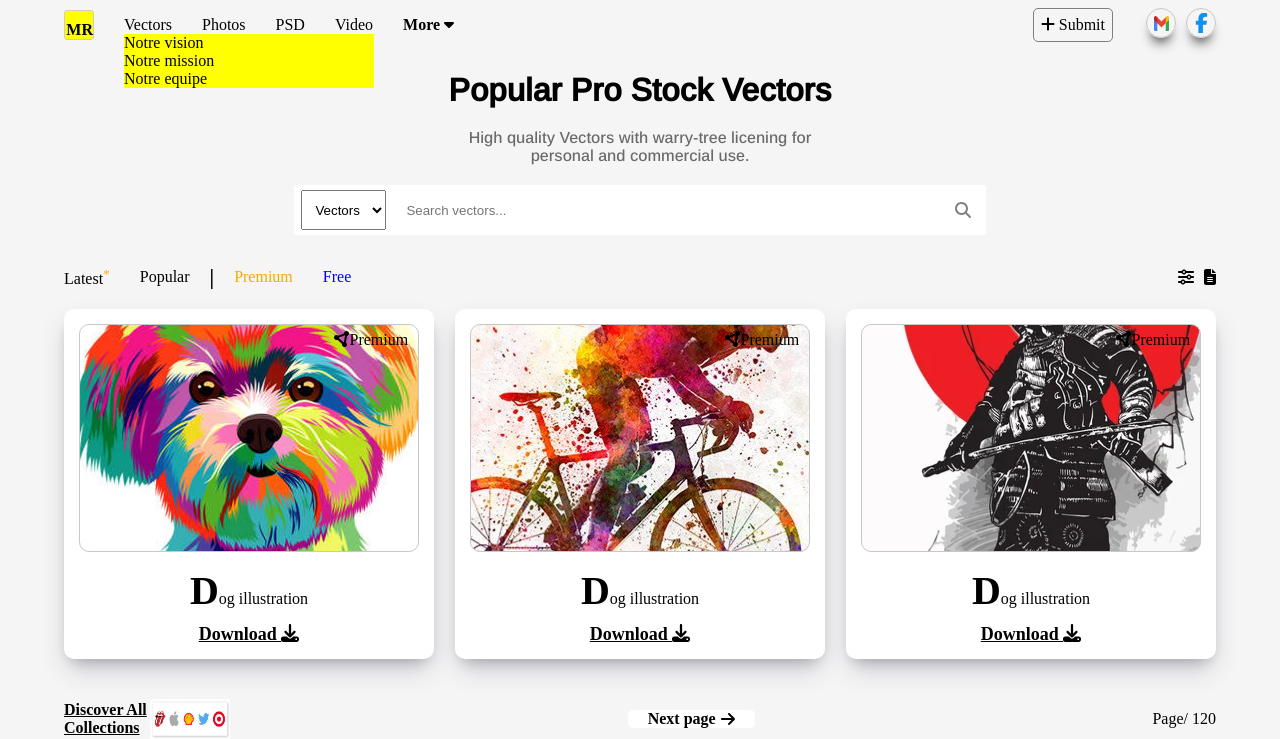
Repository: kegbaDev/VectorTemplate
Page: /
These files come from the project's save history. The page is drawn as it stood at one moment and after a run of saves; the edit follows.
The browser window is 1280 px wide. The pictures show the whole page.
The project was rebuilt for these pictures with package versions that can differ from the ones it lists, and the page was loaded fresh each time. Also part of the build but not shown: vite.config.js.

Above is the page before, as saved 2023-04-14 01:50:00.

### index.html
<!DOCTYPE html>
<html lang="en">
  <head>
    <meta charset="UTF-8" />
    <link rel="icon" href="/favicon.ico" />
    <meta name="viewport" content="width=device-width, initial-scale=1.0" />
    <title>Vite App</title>
  </head>
  <body style="background-color: rgb(245, 245, 245)">
    <div id="app"></div>
    <script type="module" src="/src/main.js"></script>
  </body>
</html>

### src/main.js
import { createApp } from 'vue'
import App from './App.vue'

// fontawesome importation
import '@fortawesome/fontawesome-free/css/all.css'
import '@fortawesome/fontawesome-free/js/all.js'

createApp(App).mount('#app')

### src/App.vue
<template>
<div class="wrapper">
  <div class="navbar">
    <div class="left bounce">
      <div class="logo">MR</div>
      <ul>
        <li>
          Vectors
          <div class="sous_menu">
            <ul class="liens">
              <li class="lien">Notre vision</li>
              <li class="lien">Notre mission</li>
              <li class="lien">Notre equipe</li>
            </ul>
          </div>
        </li>
        <li>Photos</li>
        <li>PSD</li>
        <li>Video</li>
        <li><span class="more" >More</span><i class="fa-solid fa-caret-down"></i></li>
      </ul>
    </div>
    <div class="right">
      <div class="submit">
        <i class="fa-solid fa-plus"></i>
        Submit
      </div>
      <div class="logo_collection">
        <div class="logo_card">
          <img src="./assets/gmail-logo-16.png" alt="google-icon" width="15px" height="15px">
        </div>
        <div class="logo_card">
          <i class="fa-brands fa-facebook-f" style="color: #1191ee; width: 25px;height: 20px;"></i>
        </div>
      </div>
    </div>
  </div>


  <!-- Second component -->


  <div class="text_section">
    <h1 class="title slideInUp">Popular Pro Stock Vectors</h1>
    <p class="paragraph slideInUp">
      High quality Vectors with warry-tree licening for <br>
      personal and commercial use.
    </p>
    <div class="input_card slideInRight">
      <select name="" id="">
        <option value="value1">Vectors</option>
        <option value="value2">Vectors</option>
      </select>
      <input type="text" placeholder="Search vectors... ">
      <i class="fa-solid fa-magnifying-glass" style="color: grey; margin-right: 15px;"></i>
    </div>
  </div>

  <!-- Third component -->

  <div class="row">
    <div class="left-row">
      <ul>
        <li>Latest<sup style="color:orange">*</sup></li>
        <li>Popular</li>
      </ul>
      <span class="pipe">
        |
      </span>
      <ul>
        <li style="color:orange">Premium</li>
        <li style="color:blue">Free</li>
      </ul>
    </div>
    <div class="right-row">
      <i class="fa-solid fa-sliders"></i>
      <i class="fa-solid fa-file-lines"></i>
    </div>
  </div>

  <!-- Fourth component  -->

  <div class="card_content slideInUp">
    <div class="main_card">
      <div class="image_and_text_space">
        <i class="fa-solid fa-circle-nodes"></i>Premium
      </div>
      <p style="margin-bottom: 10px;"><span style="text-transform: uppercase; font-weight: bolder; font-size: 40px;">D</span>og illustration</p>
      <p class="download">Download <i class="fa-solid fa-download"></i></p>
    </div>
    <div class="main_card">
      <div class="image_and_text_space2">
        <i class="fa-solid fa-circle-nodes"></i>Premium
      </div>
      <p style="margin-bottom: 10px;"><span style="text-transform: uppercase; font-weight: bolder; font-size: 40px;">D</span>og illustration</p>
      <p class="download">Download <i class="fa-solid fa-download"></i></p>
    </div>
    <div class="main_card">
      <div class="image_and_text_space3">
        <!-- <img src="./assets/154416(1).svg" width="209px" height="300px" alt=""> -->
        <i class="fa-solid fa-circle-nodes"></i>Premium
      </div>
      <p style="margin-bottom: 10px;"><span style="text-transform: uppercase; font-weight: bolder; font-size: 40px;">D</span>og illustration</p>
      <p class="download">Download <i class="fa-solid fa-download"></i></p>
    </div>
    <!-- <div class="main_card">
      <div class="image_and_text_space">
        Premium
      </div>
      <p>Dog illustration</p>
      <p class="download">Download<i class="fa-solid fa-download"></i></p>
    </div>
    <div class="main_card">
      <div class="image_and_text_space">
        Premium
      </div>
      <p>Dog illustration</p>
      <p class="download">Download<i class="fa-solid fa-download"></i></p>
    </div> -->
  </div>

  <!-- Last component -->
  <div class="last_row">
    <div class="start">
      <div class="part">
        Discover All <br>
        Collections
      </div>
      <img src="./assets/imagesfinal.jpg" alt="" style="width: 80px; height: 40px;">
    </div>
    <div class="between">
      Next page <i class="fa-solid fa-arrow-right"></i>
    </div>
    <div class="end">
      Page/ 120
    </div>
  </div>
</div>




</template>

<script setup>

</script>


<style scoped>
@import url('https://fonts.googleapis.com/css2?family=Arimo:wght@500&display=swap');
.wrapper{
  height: 100vh;
  width: 90vw;
  margin:auto;
}
*{
  padding: 0px;
  margin: 0px;
  box-sizing: border-box;
  /* font-family: 'Arimo', sans-serif; */
}
.left{
  display: flex;
  align-items: center;
}

ul{
  list-style: none;
  display: flex;
  gap: 30px;
  margin-left: 30px;
}
ul li{
  cursor: pointer;
}
.more{
  font-weight: bolder;
  padding-right: 4px;
}
.logo{
  width: 30px;
  height: 30px;
  border: 1px solid rgb(214, 201, 201);
  background-color: yellow;
  font-weight: bolder;
  display: flex;
  justify-content: end;
  align-items: end;
  border-radius: 3px;
  cursor: pointer;
}
.navbar{
  display: flex;
  justify-content: space-between;
}
.right{
  display: flex;
  gap: 3px;
}
.submit{
  border: 1px solid gray;
  padding: 7px;
  margin-right: 30px;
  border-radius: 5px;
  background-color: rgba(234, 233, 233, 0.03);
  cursor: pointer;
  transition: all 400ms ease-in-out;
}
.submit:hover{
  background-color: yellow;
  /* font-weight: bolder; */
  scale: 1.1;
}
.logo_collection{
  display: flex;
  gap: 10px;
}
.logo_card{
  width: 30px;
  height: 30px;
  border: 1px solid black;
  display: flex;
  align-items: center;
  justify-content: center;
  border-radius: 50%;
  border-color: rgb(202, 198, 198);
  -webkit-box-shadow: 0px 10px 13px -7px #000000, -2px -2px 15px 6px rgba(26,17,18,0);
  box-shadow: 0px 10px 13px -7px #000000, -2px -2px 15px 6px rgba(26,17,18,0);
  cursor: pointer;transition: all 300ms ease-in-out;

}
.logo_card:hover{
  -webkit-box-shadow: 0px 10px 13px -7px #000000, -2px -2px 15px 6px rgba(26,17,18,0);
  box-shadow: 0px 10px 13px -7px #000000, -2px -2px 15px 6px rgba(26,17,18,0);
  scale: 1.2;

}

              /* Menu deroulant */
.sous_menu .liens{
  position: absolute;
  display: block;
  background-color: yellow;
  width: 250px;
  margin-left: 0px;
}

              /* Menu deroulant */

/* Second composant */

.text_section{
  margin: 30px auto;
  text-align: center;
}
.title{
  font-family: 'Arimo', sans-serif;
  margin-bottom: 20px;
}
.paragraph{
  font-family: 'Arimo', sans-serif;
  margin-bottom: 20px;
  color: rgb(107, 106, 106);
}
.input_card{
  width: 60%;
  height: 50px;
  background-color: white;
  margin: auto;
  display: flex;
  align-items: center;
  border-radius: 2px;
}
input{
  width: 100%;
  padding-left: 20px;
  border: none;
}
input, select{
  height: 40px;
}
select{
  padding: 9px;
  margin-left: 7px;
}

/* Third component */
.row{
  display: flex;
  justify-content: space-between;
  margin-bottom: 20px;
}
.left-row ul{
  margin: 0px;
  padding: 0px;
  display: flex;
  align-items: center;
}
.left-row, .right-row{
  display: flex;
  align-items: center;
}
.pipe{
  margin: 0px 20px;
}

.pipe{
  font-weight: bolder;
  font-size: 1.3em;
}
.right-row{
  gap: 10px;
}

/* Fourth component */

.card_content{
  display: flex;
  justify-content: space-between;
}
.main_card{
  min-width: 370px;
  min-height: 350px;
  /* border: 1px solid black; */
  border-radius: 10px;
  background-color: white;
  box-shadow: rgba(50, 50, 93, 0.25) 0px 13px 27px -5px, rgba(0, 0, 0, 0.3) 0px 8px 16px -8px;
  padding-bottom: 25px;
  cursor: pointer;
  transition: all 400ms ease-in-out;
}
.main_card:hover{
  scale: 1.02;
}
.main_card p{
  text-align: center;
}
.download{
  font-weight: bolder;
  text-decoration: underline;
  font-size: large;
}
.image_and_text_space{
  padding-top: 6px;
  padding-right: 10px;
  text-align: end;
  height: 70%;
  width: 92%;
  border: 1px solid rgb(201, 199, 199);
  border-radius: 10px;
  margin: 15px auto;
  background-image: url(./assets/chien_color.jpg);
  background-repeat: no-repeat;
  background-position: center;
}
.image_and_text_space2{
  background-image: url(./assets/velo.jpg) !important;
  padding-top: 6px;
  padding-right: 10px;
  text-align: end;
  height: 70%;
  width: 92%;
  border: 1px solid rgb(201, 199, 199);
  border-radius: 10px;
  margin: 15px auto;
  background-repeat: no-repeat;
  background-position: center;
}
.image_and_text_space3{
  background-image: url(./assets/sa.webp) !important;
  padding-top: 6px;
  padding-right: 10px;
  text-align: end;
  height: 70%;
  width: 92%;
  border: 1px solid rgb(201, 199, 199);
  border-radius: 10px;
  margin: 15px auto;
  background-repeat: no-repeat;
  /* object-fit: contain; */
  background-position: center;
}

/* Animation */

.bounce {
  -webkit-animation-name: bounce;
  animation-name: bounce;
  -webkit-transform-origin: center bottom;
  -ms-transform-origin: center bottom;
  transform-origin: center bottom;
  -webkit-animation-duration: 1s;
  animation-duration: 1s;
  -webkit-animation-fill-mode: both;
  animation-fill-mode: both;
  }
  @-webkit-keyframes bounce {
  0%, 20%, 53%, 80%, 100% {
  -webkit-transition-timing-function: cubic-bezier(0.215, 0.610, 0.355, 1.000);
  transition-timing-function: cubic-bezier(0.215, 0.610, 0.355, 1.000);
  -webkit-transform: translate3d(0,0,0);
  transform: translate3d(0,0,0);
  }
  40%, 43% {
  -webkit-transition-timing-function: cubic-bezier(0.755, 0.050, 0.855, 0.060);
  transition-timing-function: cubic-bezier(0.755, 0.050, 0.855, 0.060);
  -webkit-transform: translate3d(0, -30px, 0);
  transform: translate3d(0, -30px, 0);
  }
  70% {
  -webkit-transition-timing-function: cubic-bezier(0.755, 0.050, 0.855, 0.060);
  transition-timing-function: cubic-bezier(0.755, 0.050, 0.855, 0.060);
  -webkit-transform: translate3d(0, -15px, 0);
  transform: translate3d(0, -15px, 0);
  }
  90% {
  -webkit-transform: translate3d(0,-4px,0);
  transform: translate3d(0,-4px,0);
  }
  }

  @keyframes bounce {
  0%, 20%, 53%, 80%, 100% {
  -webkit-transition-timing-function: cubic-bezier(0.215, 0.610, 0.355, 1.000);
  transition-timing-function: cubic-bezier(0.215, 0.610, 0.355, 1.000);
  -webkit-transform: translate3d(0,0,0);
  transform: translate3d(0,0,0);
  }
  40%, 43% {
  -webkit-transition-timing-function: cubic-bezier(0.755, 0.050, 0.855, 0.060);
  transition-timing-function: cubic-bezier(0.755, 0.050, 0.855, 0.060);
  -webkit-transform: translate3d(0, -30px, 0);
  transform: translate3d(0, -30px, 0);
  }
  70% {
  -webkit-transition-timing-function: cubic-bezier(0.755, 0.050, 0.855, 0.060);
  transition-timing-function: cubic-bezier(0.755, 0.050, 0.855, 0.060);
  -webkit-transform: translate3d(0, -15px, 0);
  transform: translate3d(0, -15px, 0);
  }
  90% { -webkit-transform: translate3d(0,-4px,0); transform: translate3d(0,-4px,0);
  }
}
.slideInUp {
  -webkit-animation-name: slideInUp;
  animation-name: slideInUp;
  -webkit-animation-duration: 1s;
  animation-duration: 1s;
  -webkit-animation-fill-mode: both;
  animation-fill-mode: both;
  }
  @-webkit-keyframes slideInUp {
  0% {
  -webkit-transform: translateY(100%);
  transform: translateY(100%);
  visibility: visible;
  }
  100% {
  -webkit-transform: translateY(0);
  transform: translateY(0);
  }
  }
  @keyframes slideInUp {
  0% {
  -webkit-transform: translateY(100%);
  transform: translateY(100%);
  visibility: visible;
  }
  100% {
  -webkit-transform: translateY(0);
  transform: translateY(0);
  }
}

.slideInRight {
  -webkit-animation-name: slideInRight;
  animation-name: slideInRight;
  -webkit-animation-duration: 1s;
  animation-duration: 1s;
  -webkit-animation-fill-mode: both;
  animation-fill-mode: both;
  }
  @-webkit-keyframes slideInRight {
  0% {
  -webkit-transform: translateX(100%);
  transform: translateX(100%);
  visibility: visible;
  }
  100% {
  -webkit-transform: translateX(0);
  transform: translateX(0);
  }
  }
  @keyframes slideInRight {
  0% {
  -webkit-transform: translateX(100%);
  transform: translateX(100%);
  visibility: visible;
  }
  100% {
  -webkit-transform: translateX(0);
  transform: translateX(0);
  }
  }

.slideInUp {
  -webkit-animation-name: slideInUp;
  animation-name: slideInUp;
  -webkit-animation-duration: 1s;
  animation-duration: 1s;
  -webkit-animation-fill-mode: both;
  animation-fill-mode: both;
  }
  @-webkit-keyframes slideInUp {
  0% {
  -webkit-transform: translateY(100%);
  transform: translateY(100%);
  visibility: visible;
  }
  100% {
  -webkit-transform: translateY(0);
  transform: translateY(0);
  }
  }
  @keyframes slideInUp {
  0% {
  -webkit-transform: translateY(100%);
  transform: translateY(100%);
  visibility: visible;
  }
  100% {
  -webkit-transform: translateY(0);
  transform: translateY(0);
  }
}

/* Animation */

/* last component */

.last_row{
  margin-top: 40px;
  margin-bottom: 40px;
  display: flex;
  justify-content: space-between;
  align-items: center;
}
.between{
  font-weight: bolder;
  padding: 0px 20px;
  background-color: white;
  border-radius: 5px;
  display: flex;
  justify-content: center;
  align-items: center;
  gap: 5px;
}
.start{
  display: flex;
  align-items: center;
  gap: 3px;
  text-decoration: underline;
  font-weight: bold;
}
</style>

After the next 3 saves:
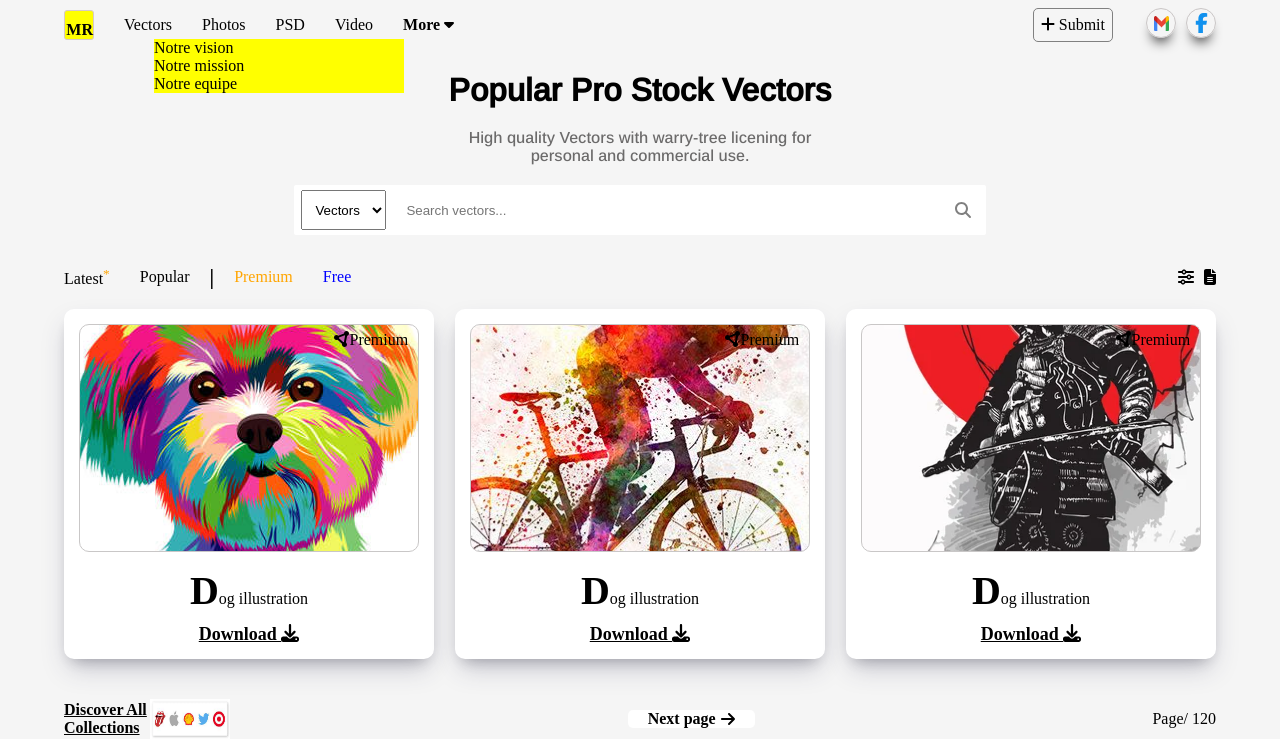
The 3 saves are shown as one change because they came seconds apart.
The last was saved 26 s later.
--- a/src/App.vue
+++ b/src/App.vue
@@ -243,7 +243,7 @@ ul li{
   display: block;
   background-color: yellow;
   width: 250px;
-  margin-left: 0px;
+  margin-top: 5px;
 }
 
               /* Menu deroulant */
